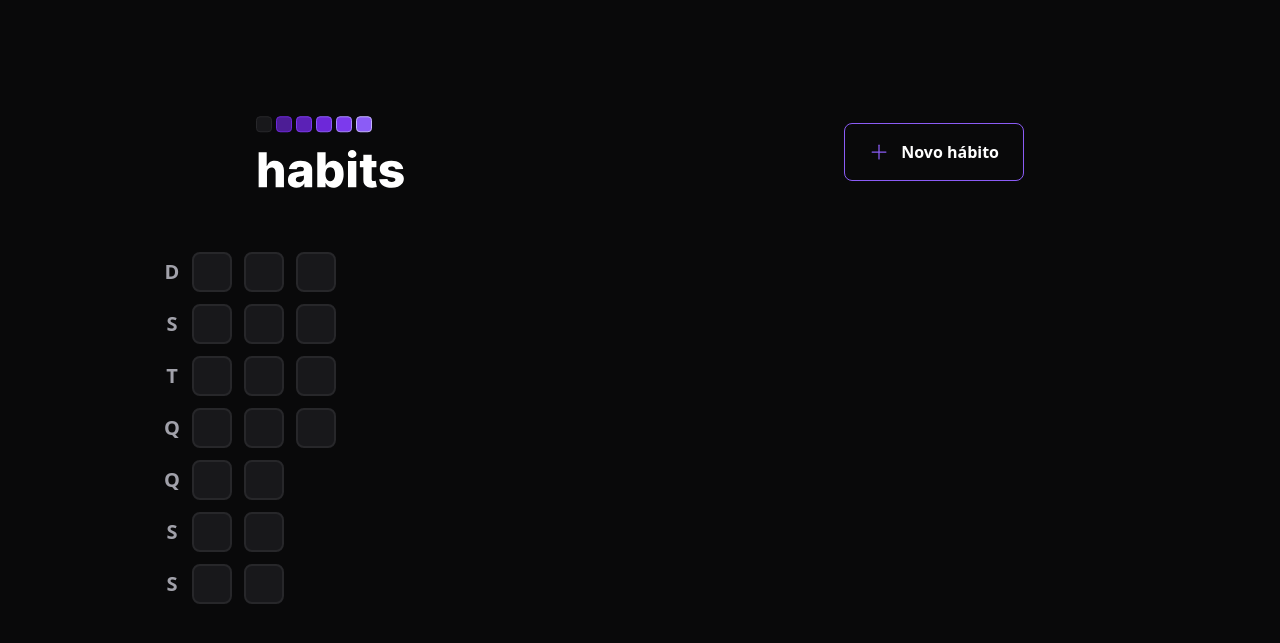
Repository: LuizAGDomingues/Habits-application
Page: /
These files come from the project's save history. The page is drawn as it stood at one moment and after a run of saves; the edit follows.
The browser window is 1280 px wide. The pictures show the whole page.
The project was rebuilt for these pictures with package versions that can differ from the ones it lists, and the page was loaded fresh each time. Also part of the build but not shown: vite.config.ts.

Above is the page before, as saved 2023-01-18 16:31:59.

### src/App.tsx
import Header from './components/Header'
import SummaryTable from './components/SummaryTable'
import './styles/global.css'


function App() {
  return (
    <div className="w-screen h-screen flex items-center justify-center">
      <div className="w-full max-w-5xl px-6 flex flex-col gap-16">
        <Header />
        <SummaryTable />
      </div>
    </div>
  )
}

export default App

### src/components/Header.tsx
import { Plus } from 'phosphor-react'
import logoImage from '../assets/logo.svg'

function Header() {
  return (
    <div className='w-full max-w-3xl mx-auto flex items-center justify-between'>
      <img src={logoImage} alt="Imagem da logo do habits" />
      <button
        className='border border-violet-500 font-semibold rounded-lg px-6 py-4 flex items-center gap-3 hover:border-violet-300'
        type='button'
      >
        <Plus size={20} className='text-violet-500'/>
        Novo hábito
      </button>
    </div>
  )
}

export default Header

### src/components/SummaryTable.tsx
import { generateDatesFromYearBeginning } from "../utils/generate-dates-from-years-beginning"
import HabitDay from "./HabitDay"

const weekDays = ['D', 'S', 'T', 'Q', 'Q', 'S', 'S']

const summaryDates = generateDatesFromYearBeginning()
const minimumSummaryDatesSize = 18 * 7 // 18 semanas

function SummaryTable() {
  return (
    <div className="w-full flex">
      <div className="grid grid-rows-7 grid-flow-row gap-3">
        {weekDays.map((weekDay, i) => {
          return (
            <div key={`${weekDay}-${i}`} className="text-zinc-400 text-xl h-10 w-10 font-bold flex items-center justify-center">
              {weekDay}
            </div>
          )
        })}
      </div>

      <div className="grid grid-rows-7 grid-flow-col gap-3">
        {summaryDates.map(date => {
          return <HabitDay key={date.toString()} />
        })}
      </div>
    </div>
  )
}

export default SummaryTable

### src/utils/generate-dates-from-years-beginning.ts
import dayjs from "dayjs";

export function generateDatesFromYearBeginning() {
  const firstDayOfTheYear = dayjs().startOf('year')
  const today = new Date()

  const dates = []
  let compareDate = firstDayOfTheYear

  while (compareDate.isBefore(today)) {
    dates.push(compareDate.toDate())
    compareDate = compareDate.add(1, 'day')
  }

  return dates
}

### src/components/HabitDay.tsx

function HabitDay() {
  return (
    <div className="w-10 h-10 bg-zinc-900 border-2 border-zinc-800 rounded-lg"></div>
  )
}

export default HabitDay

### tailwind.config.cjs
/** @type {import('tailwindcss').Config} */
module.exports = {
  content: [
    "./src/**/*.tsx",
    "./index.html"
  ],
  theme: {
    extend: {
      colors: {
        background: '#09090A'
      },
      gridTemplateRows: {
        7: 'repeat(7, minmax(0, 1fr))'
      }
    },
  },
  plugins: [],
}

Loaded but not shown: index.html (common file); src/main.tsx (common file); src/styles/global.css (common file)

After the next 2 saves:
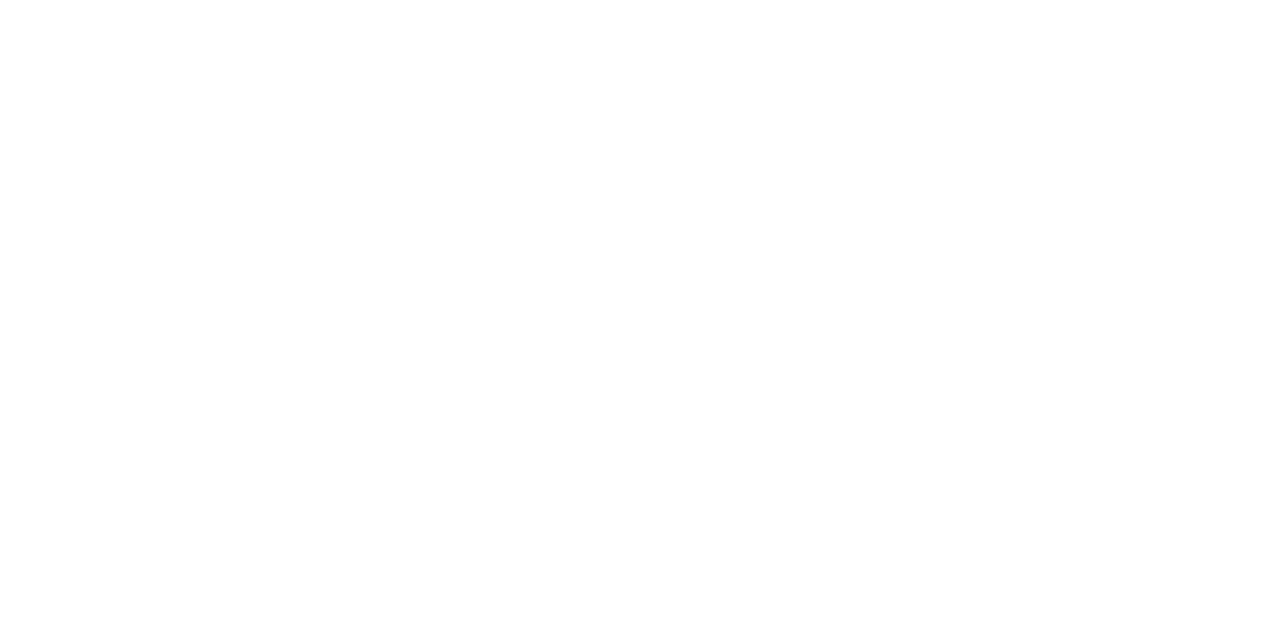
Console error: ReferenceError: SummaryTable is not defined
The 2 saves are shown as one change because 1 did not build or start.
The last was saved 15 s later.
--- a/src/components/SummaryTable.tsx
+++ b/src/components/SummaryTable.tsx
@@ -4,7 +4,8 @@
 const weekDays = ['D', 'S', 'T', 'Q', 'Q', 'S', 'S']
 
 const summaryDates = generateDatesFromYearBeginning()
-const minimumSummaryDatesSize = 18 * 7 // 18 semanas
+const minimumSummaryDatesSize = 18 * 7 // 18 weeks
+const amountOfDaysToFill =
 
 function SummaryTable() {
   return (

After the 4 saves that followed:
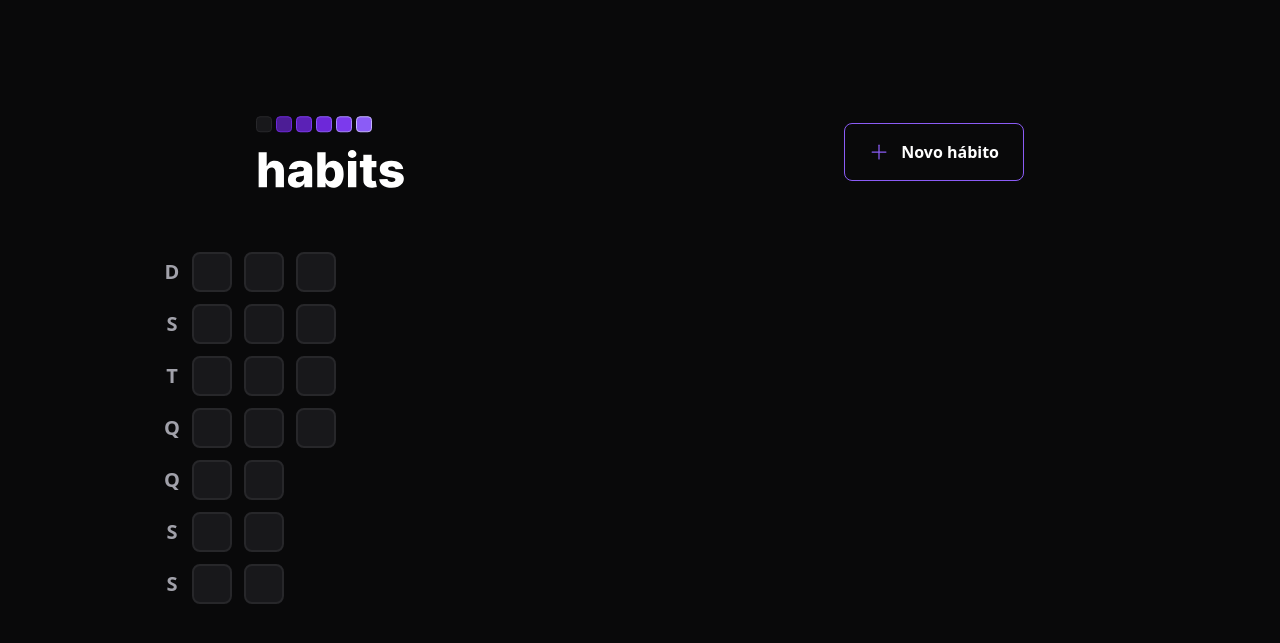
The error is gone.
The 4 saves are shown as one change because 2 left the picture as it was and some came seconds apart.
The last was saved 34 s later.
--- a/src/components/SummaryTable.tsx
+++ b/src/components/SummaryTable.tsx
@@ -5,7 +5,7 @@
 
 const summaryDates = generateDatesFromYearBeginning()
 const minimumSummaryDatesSize = 18 * 7 // 18 weeks
-const amountOfDaysToFill =
+const amountOfDaysToFill = minimumSummaryDatesSize - summaryDates.length
 
 function SummaryTable() {
   return (
